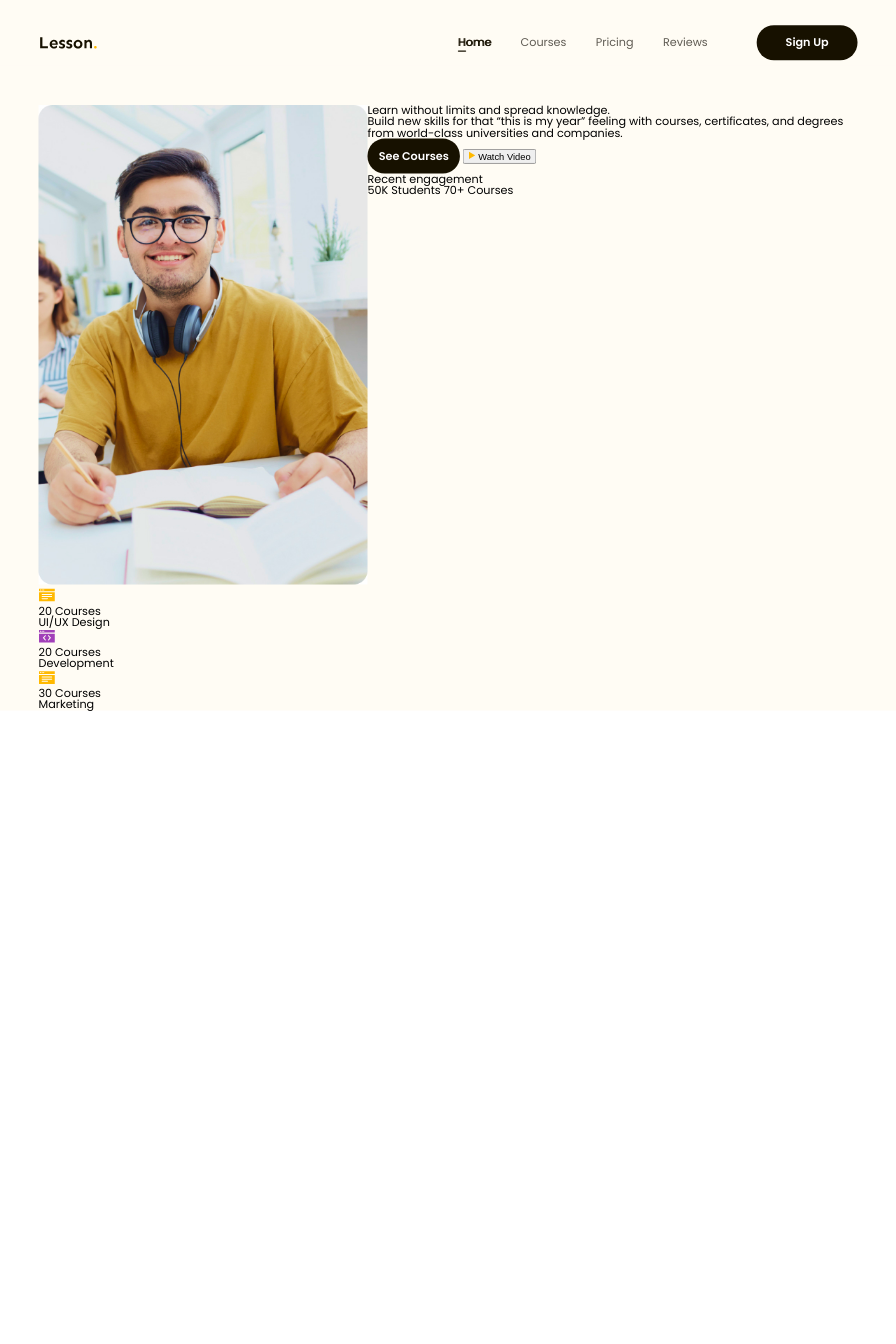
Repository: Tibi2003/f8-htmlcss-02
Page: index.html
An editor plug-in stored every save of this project. The page is shown before and after the next save, followed by the edit.
The browser window is 1280 px wide. The pictures show the part of the page from y = 0 to 1920 px (the page is 5000 px tall), at 70% of full size.

Above is the page before, as saved 2024-03-07 09:36:45.

### index.html
<!DOCTYPE html>
<html lang="en">
	<head>
		<meta charset="UTF-8" />
		<meta name="viewport" content="width=device-width, initial-scale=1.0" />
		<title>F8 Project 02</title>
		<!-- Reset CSS -->
		<link rel="stylesheet" href="./assets/css/reset.css" />
		<!-- Embed fonts -->
		<link rel="preconnect" href="https://fonts.googleapis.com" />
		<link rel="preconnect" href="https://fonts.gstatic.com" crossorigin />
		<link
			href="https://fonts.googleapis.com/css2?family=Poppins:ital,wght@0,100;0,200;0,300;0,400;0,500;0,600;0,700;0,800;0,900;1,100;1,200;1,300;1,400;1,500;1,600;1,700;1,800;1,900&family=Sen:wght@400..800&display=swap"
			rel="stylesheet" />
		<!-- Styles -->
		<link rel="stylesheet" href="./assets/css/styles.css" />
	</head>
	<body>
		<main style="height: 5000px">
			<!-- Header -->
			<header class="header fixed">
				<div class="main-content">
					<div class="body">
						<!-- Logo -->
						<img
							src="./assets/img/logo.svg"
							alt="Lesson."
							class="logo" />

						<!-- Nav -->
						<nav class="nav">
							<ul>
								<li class="active">
									<a href="#!">Home</a>
								</li>
								<li>
									<a href="#!">Courses</a>
								</li>
								<li>
									<a href="#!">Pricing</a>
								</li>
								<li>
									<a href="#!">Reviews</a>
								</li>
							</ul>
						</nav>

						<!-- Action -->
						<div class="action">
							<a href="#!" class="btn sign-up-btn">Sign Up</a>
						</div>
					</div>
				</div>
			</header>

			<!-- Hero -->
			<div class="hero">
				<div class="main-content">
					<div class="body">
						<!-- Hero left -->
						<div class="media-block">
							<img
								src="./assets/img/hero-img.jpg"
								alt="Learn without limits and spread knowledge."
								class="img" />

							<div class="hero-summary">
								<div class="item">
									<div class="icon">
										<img
											src="./assets/icons/list.svg"
											alt="" />
									</div>
									<div class="info">
										<p class="label">20 Courses</p>
										<p class="title">UI/UX Design</p>
									</div>
								</div>
								<div class="item">
									<div class="icon">
										<img
											src="./assets/icons/code.svg"
											alt="" />
									</div>
									<div class="info">
										<p class="label">20 Courses</p>
										<p class="title">Development</p>
									</div>
								</div>
								<div class="item">
									<div class="icon">
										<img
											src="./assets/icons/list.svg"
											alt="" />
									</div>
									<div class="info">
										<p class="label">30 Courses</p>
										<p class="title">Marketing</p>
									</div>
								</div>
							</div>
						</div>

						<!-- Hero right -->
						<div class="content-block">
							<h1 class="heading">
								Learn without limits and spread knowledge.
							</h1>
							<p class="desc">
								Build new skills for that “this is my year”
								feeling with courses, certificates, and degrees
								from world-class universities and companies.
							</p>
							<div class="cta-group">
								<a href="#!" class="btn">See Courses</a>
								<button class="watch-video">
									<div class="icon">
										<img
											src="./assets/icons/play.svg"
											alt="" />
										<span>Watch Video</span>
									</div>
								</button>
							</div>
							<p class="desc">Recent engagement</p>
							<p class="desc">
								<strong>50K</strong> Students
								<strong>70+</strong> Courses
							</p>
						</div>
					</div>
				</div>
			</div>
		</main>
	</body>
</html>

### assets/css/styles.css
* {
	box-sizing: border-box;
}

html {
	font-size: 62.5%;
}

body {
	font-size: 1.6rem;
	font-family: "Poppins", sans-serif;
}

/* Common */
.main-content {
	width: 1170px;
	max-width: calc(100% - 48px);
	margin-left: auto;
	margin-right: auto;
}

a {
	text-decoration: none;
}

.btn {
	display: inline-block;
	min-width: 118px;
	padding: 0 16px;
	line-height: 50px;
	color: #fff;
	text-align: center;
	font-size: 1.6rem;
	font-weight: 600;
	border-radius: 24.5px;
	background: #171100;
}

/* Header */
.header {
	background: #fffcf4;
}

.header.fixed {
	position: sticky;
	top: -28px;
}

.header .body {
	display: flex;
	align-items: center;
	padding: 36px 0 8px;
}

.nav {
	margin-left: auto;
}

.nav ul {
	display: flex;
}

.nav a {
	position: relative;
	padding: 8px 21px;
	color: #5f5b53;
	font-size: 1.6rem;
}

.nav a:hover,
.nav li.active a {
	/* font-weight: 600; */
	text-shadow: 1px 0 0 currentColor;
	color: #171100;
}

.nav li.active a::after {
	position: absolute;
	left: 21px;
	bottom: 6px;
	content: "";
	display: block;
	width: 12px;
	height: 2px;
	border-radius: 1px;
	background: #171100;
}

.header .sign-up-btn {
	min-width: 144px;
}

.header .action {
	margin-left: 49px;
}

/* Hero */
.hero {
	padding-top: 56px;
	background: #fffcf4;
}

.hero .body {
	display: flex;
}

Loaded but not shown: assets/css/reset.css (common file)

After the next save:
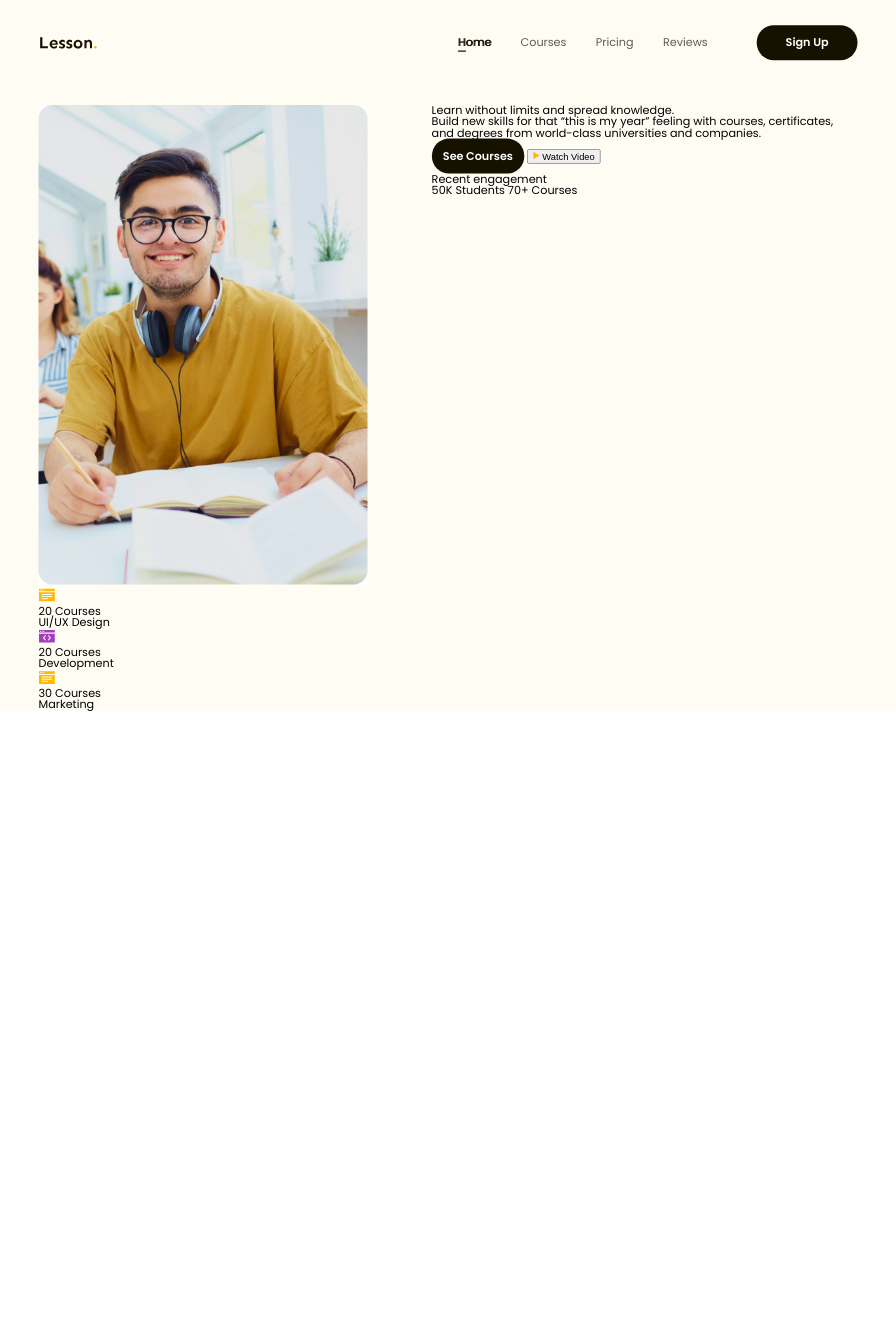
Saved 97 s later.
--- a/assets/css/styles.css
+++ b/assets/css/styles.css
@@ -103,3 +103,11 @@ a {
 .hero .body {
 	display: flex;
 }
+
+.hero .media-block {
+	width: 48%;
+}
+
+.hero .content-block {
+	width: 52%;
+}
